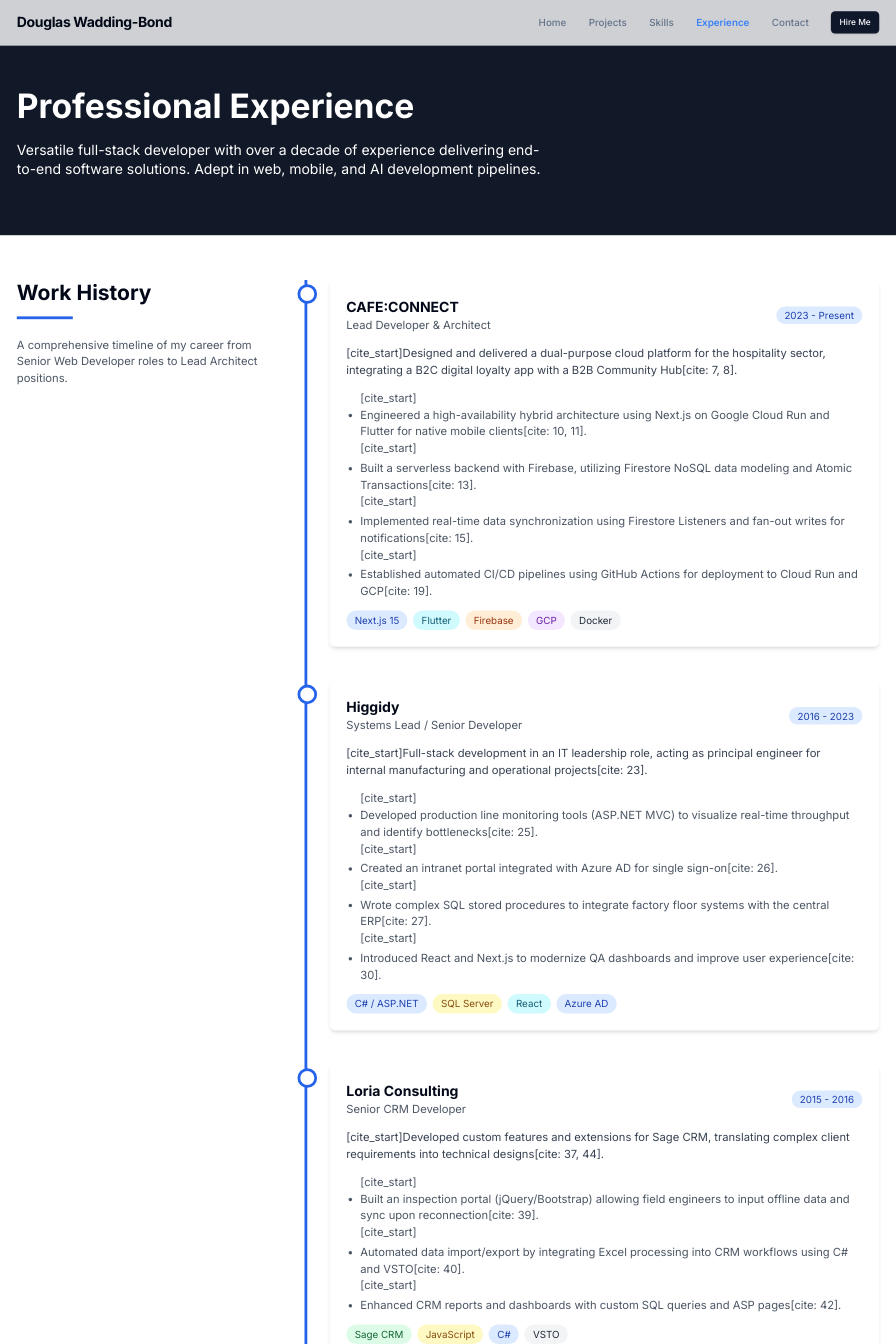
Repository: DaLexisX/WaddingBondWebsite
Page: /experience
The author's editor kept a copy of each file at every save. The page is drawn from the files as they stood at one save, then again after the next save.
The browser window is 1280 px wide. The pictures show the part of the page from y = 0 to 1920 px (the page is 4797 px tall before and 4701 px after), at 70% of full size.
The project was rebuilt for these pictures with package versions that can differ from the ones it lists, and the page was loaded fresh each time. The framework's server and built-in components were replaced by stand-ins that run in the browser. Also part of the build but not shown: next.config.ts.

Above is the page before, as saved 2025-11-30 16:04:09.

After the next save:
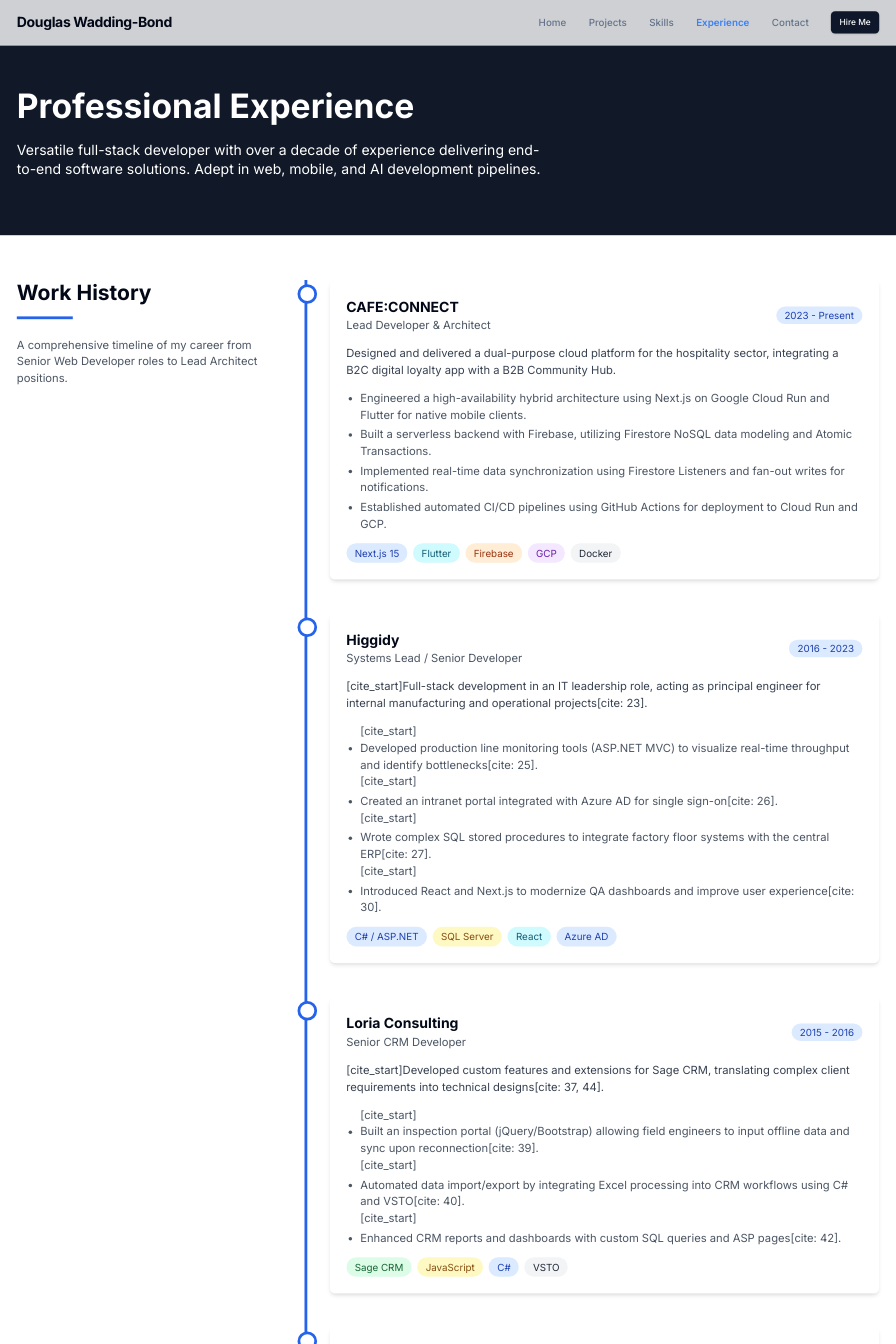
Saved 7 s later.
--- a/src/app/experience/page.tsx
+++ b/src/app/experience/page.tsx
@@ -42,13 +42,13 @@
                       </div>
                     </div>
                     <p className="text-gray-700 mb-4">
-                      [cite_start]Designed and delivered a dual-purpose cloud platform for the hospitality sector, integrating a B2C digital loyalty app with a B2B Community Hub[cite: 7, 8].
-                    </p>
-                    <ul className="list-disc pl-5 space-y-1 text-gray-600 mb-4">
-                      [cite_start]<li>Engineered a high-availability hybrid architecture using Next.js on Google Cloud Run and Flutter for native mobile clients[cite: 10, 11].</li>
-                      [cite_start]<li>Built a serverless backend with Firebase, utilizing Firestore NoSQL data modeling and Atomic Transactions[cite: 13].</li>
-                      [cite_start]<li>Implemented real-time data synchronization using Firestore Listeners and fan-out writes for notifications[cite: 15].</li>
-                      [cite_start]<li>Established automated CI/CD pipelines using GitHub Actions for deployment to Cloud Run and GCP[cite: 19].</li>
+                      Designed and delivered a dual-purpose cloud platform for the hospitality sector, integrating a B2C digital loyalty app with a B2B Community Hub.
+                    </p>
+                    <ul className="list-disc pl-5 space-y-1 text-gray-600 mb-4">
+                      <li>Engineered a high-availability hybrid architecture using Next.js on Google Cloud Run and Flutter for native mobile clients.</li>
+                      <li>Built a serverless backend with Firebase, utilizing Firestore NoSQL data modeling and Atomic Transactions.</li>
+                      <li>Implemented real-time data synchronization using Firestore Listeners and fan-out writes for notifications.</li>
+                      <li>Established automated CI/CD pipelines using GitHub Actions for deployment to Cloud Run and GCP.</li>
                     </ul>
                     <div className="flex flex-wrap gap-2">
                       <span className="bg-blue-100 text-blue-800 px-3 py-1 rounded-full text-sm">Next.js 15</span>
